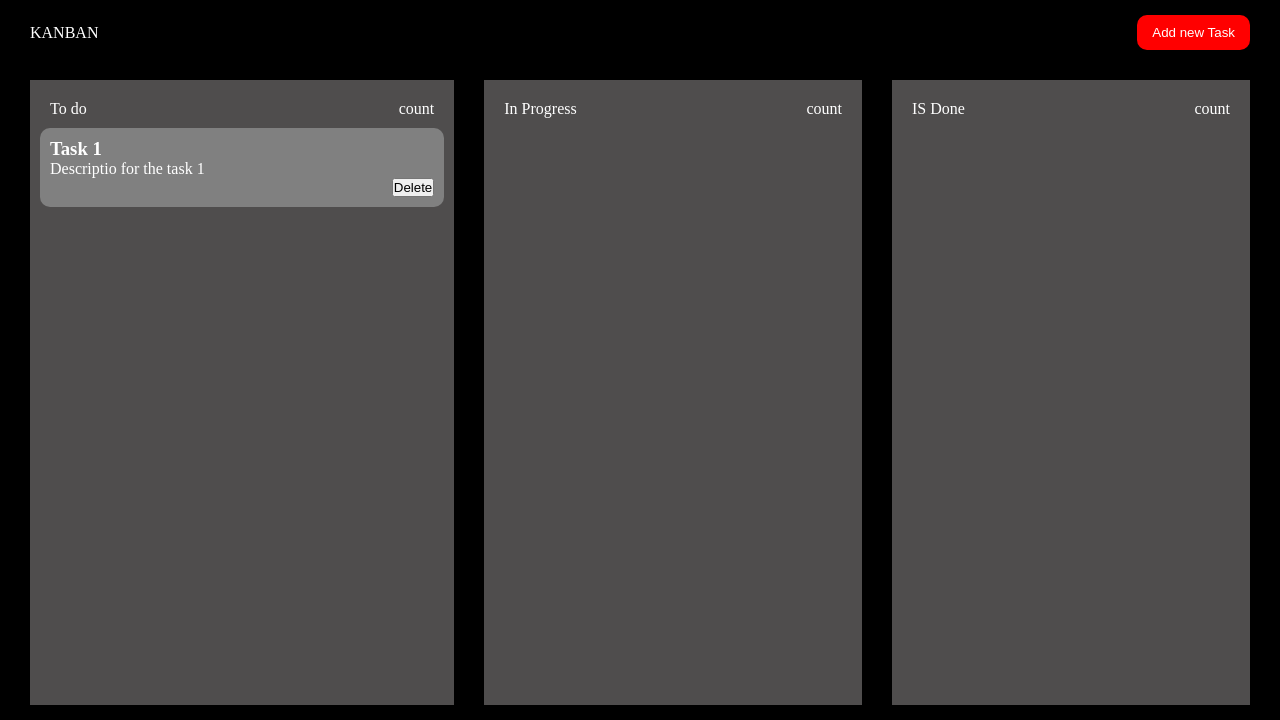
Repository: Sandeepji-5/Kanban-board
Page: index.html
The author's editor kept a copy of each file at every save. The page is drawn from the files as they stood at one save, then again after the next save.
The browser window is 1280 px wide. The pictures show the whole page.

Above is the page before, as saved 2025-12-08 18:46:56.

After the next save:
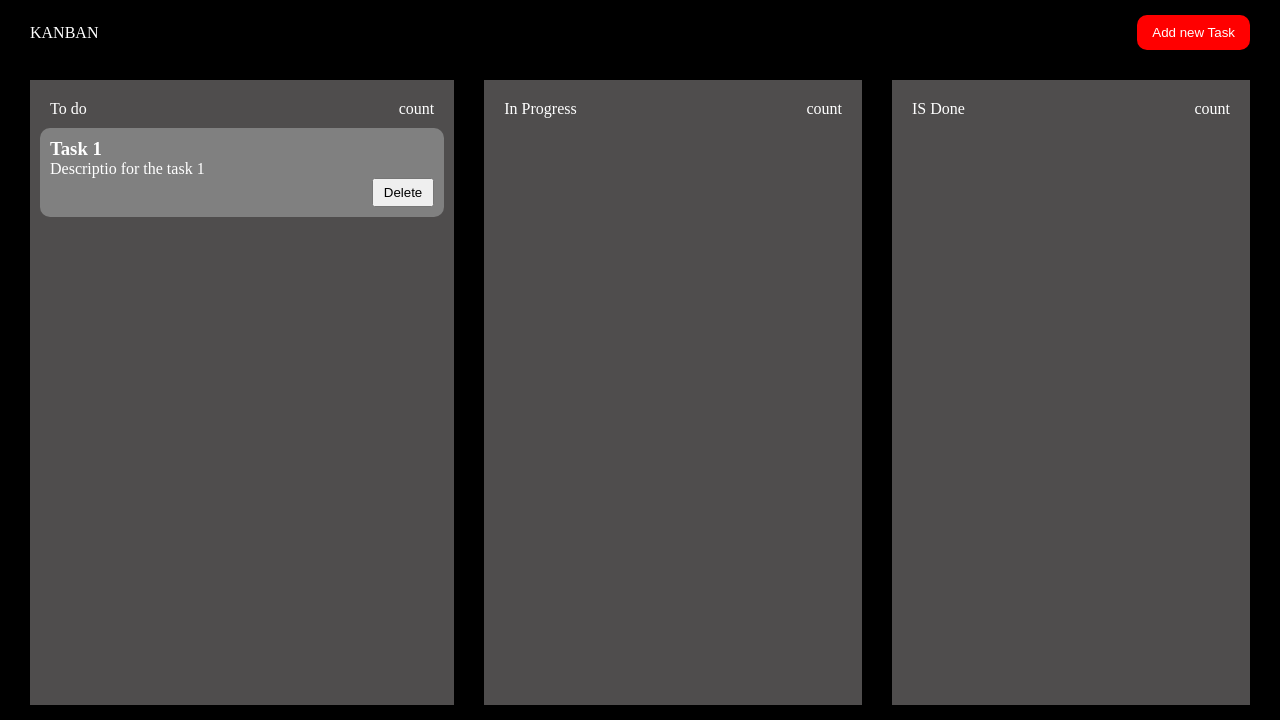
Saved 67 s later.
--- a/style.css
+++ b/style.css
@@ -112,5 +112,5 @@ section .task-column  .task{
 section .task-column .task button{
     align-self: flex-end;
     cursor: pointer;
-
+    padding: var(--padding-s) var(--padding-m);
 }
